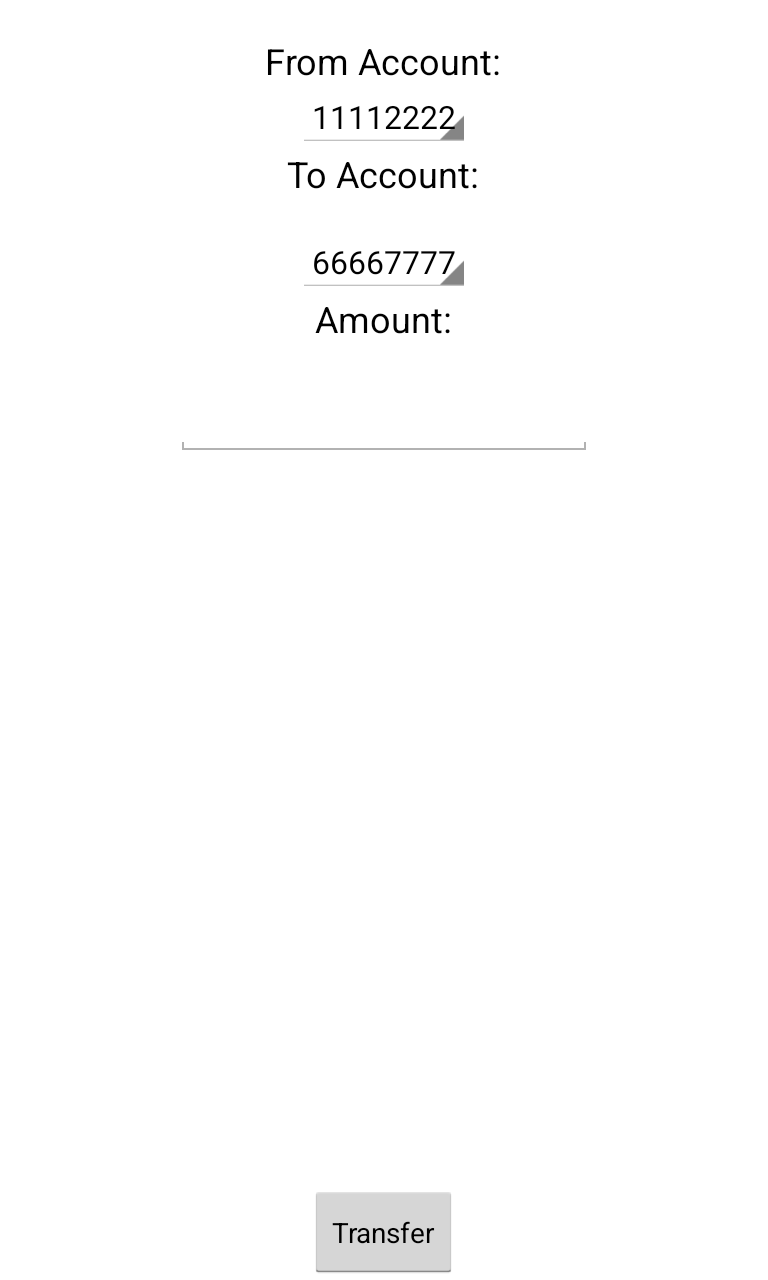
Repository: chaneyjd/android
Layout: amqtt/res/layout/activity_transfer.xml
The author's editor kept a copy of each file at every save. The layout is drawn from the files as they stood at one save, then again after the next save.
It is drawn on a 768 x 1280 px phone screen (xhdpi) without system bars, with theme AppTheme; the app's code is not run.

Above is the layout before, as saved 2014-05-06 18:03:40.

### amqtt/res/layout/activity_transfer.xml
<RelativeLayout xmlns:android="http://schemas.android.com/apk/res/android"
    xmlns:tools="http://schemas.android.com/tools"
    android:layout_width="match_parent"
    android:layout_height="300dp"
    android:paddingLeft="@dimen/activity_horizontal_margin"
    tools:context=".TransferActivity" >

    <TextView
        android:id="@+id/textView1"
        android:layout_width="wrap_content"
        android:layout_height="wrap_content"
        android:layout_alignParentTop="true"
        android:layout_centerHorizontal="true"
        android:layout_marginTop="18dp"
        android:text="From Account:"
        android:textAppearance="?android:attr/textAppearanceMedium" />

    <Spinner
        android:id="@+id/spinner1"
        android:layout_width="wrap_content"
        android:layout_height="wrap_content"
        android:layout_below="@+id/textView1"
        android:layout_centerHorizontal="true"
        android:entries="@array/From_Account" />

    <TextView
        android:id="@+id/textView2"
        android:layout_width="wrap_content"
        android:layout_height="wrap_content"
        android:layout_below="@+id/spinner1"
        android:layout_centerHorizontal="true"
        android:text="To Account:"
        android:textAppearance="?android:attr/textAppearanceMedium" />

    <Spinner
        android:id="@+id/spinner2"
        android:layout_width="wrap_content"
        android:layout_height="wrap_content"
        android:layout_alignLeft="@+id/spinner1"
        android:layout_below="@+id/textView2"
        android:layout_marginTop="16dp"
        android:entries="@array/To_Account" />

    <TextView
        android:id="@+id/textView3"
        android:layout_width="wrap_content"
        android:layout_height="wrap_content"
        android:layout_below="@+id/spinner2"
        android:layout_centerHorizontal="true"
        android:text="Amount:"
        android:textAppearance="?android:attr/textAppearanceMedium" />

    <EditText
        android:id="@+id/editText1"
        android:layout_width="wrap_content"
        android:layout_height="wrap_content"
        android:layout_below="@+id/textView3"
        android:layout_centerHorizontal="true"
        android:layout_marginTop="18dp"
        android:ems="10" />

    <Button
        android:id="@+id/button2"
        style="?android:attr/buttonStyleSmall"
        android:layout_width="wrap_content"
        android:layout_height="wrap_content"
        android:layout_alignParentBottom="true"
        android:layout_centerHorizontal="true"
        android:onClick="transfer"
        android:text="Transfer" />

</RelativeLayout>

### amqtt/res/values/strings.xml
<?xml version="1.0" encoding="utf-8"?>
<resources>

    <string name="app_name">Citi MQTT</string>
    <string name="action_settings">Settings</string>
    <string name="hello_world">Output:</string>
    <string name="button_action_connect">Connect</string>
    <string name="host_name">vm-3b11-b25f.nam.nsroot.net</string>
    <string name="button_action_disconnect">Disconnect</string>
    <string name="title_activity_main_activity_notify">MainActivityNotify</string>
    <string name="Host_Hint">Enter Host Name Here</string>

    <string-array name="From_Account">
        <item>11112222</item>
        <item>22223333</item>
        <item>33334444</item>
        <item>44445555</item>
    </string-array>
    <string-array name="To_Account">
        <item>66667777</item>
        <item>77778888</item>
        <item>88889999</item>
        <item>99990000</item>
    </string-array>

    <string name="title_activity_fullscreen">FullscreenActivity</string>
    <string name="dummy_button">Dummy Button</string>
    <string name="dummy_content">DUMMY\nCONTENT</string>
    <string name="title_activity_transfer">TransferActivity</string>

</resources>

Loaded but not shown: amqtt/res/values/styles.xml (common file); amqtt/res/values-v11/styles.xml (common file); amqtt/res/values-v14/styles.xml (common file); amqtt/res/values/dimens.xml (common file)

After the next save:
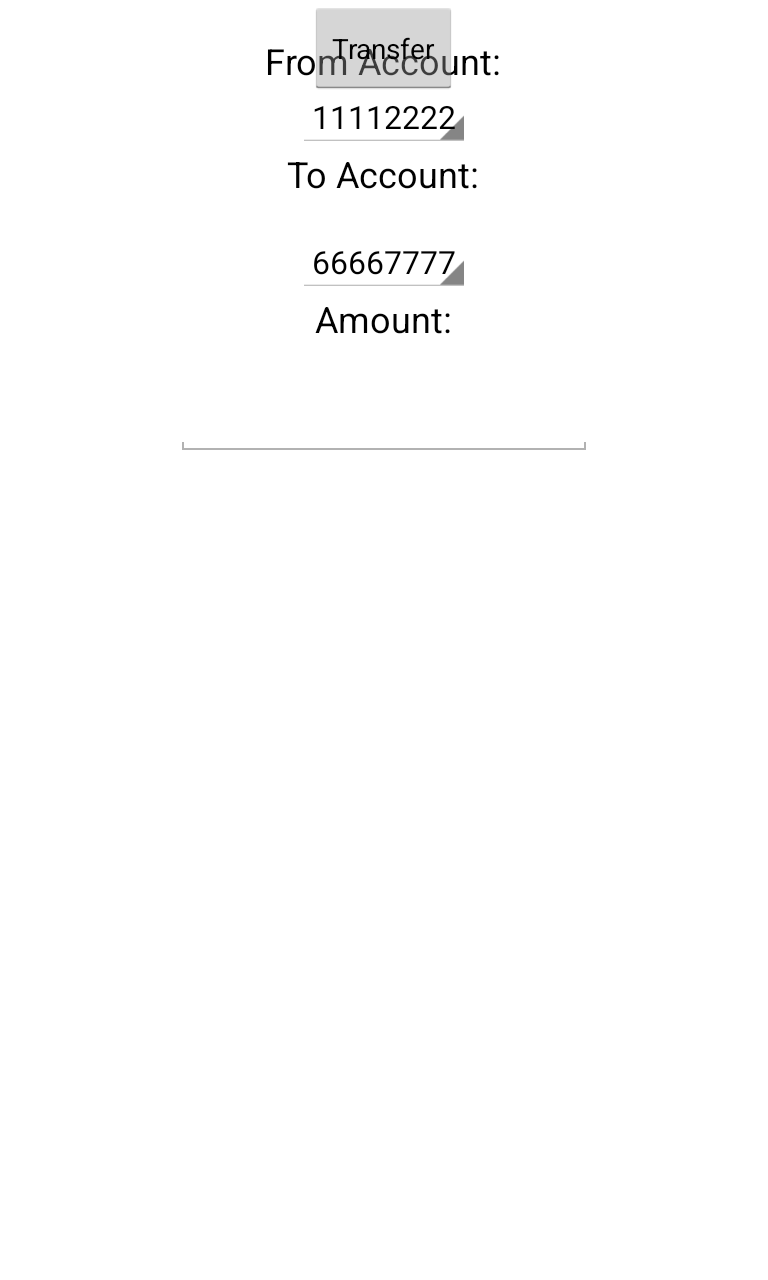
Saved 5 s later.
--- a/amqtt/res/layout/activity_transfer.xml
+++ b/amqtt/res/layout/activity_transfer.xml
@@ -64,7 +64,7 @@
         style="?android:attr/buttonStyleSmall"
         android:layout_width="wrap_content"
         android:layout_height="wrap_content"
-        android:layout_alignParentBottom="true"
+        android:layout_alignParentBottom="false"
         android:layout_centerHorizontal="true"
         android:onClick="transfer"
         android:text="Transfer" />
